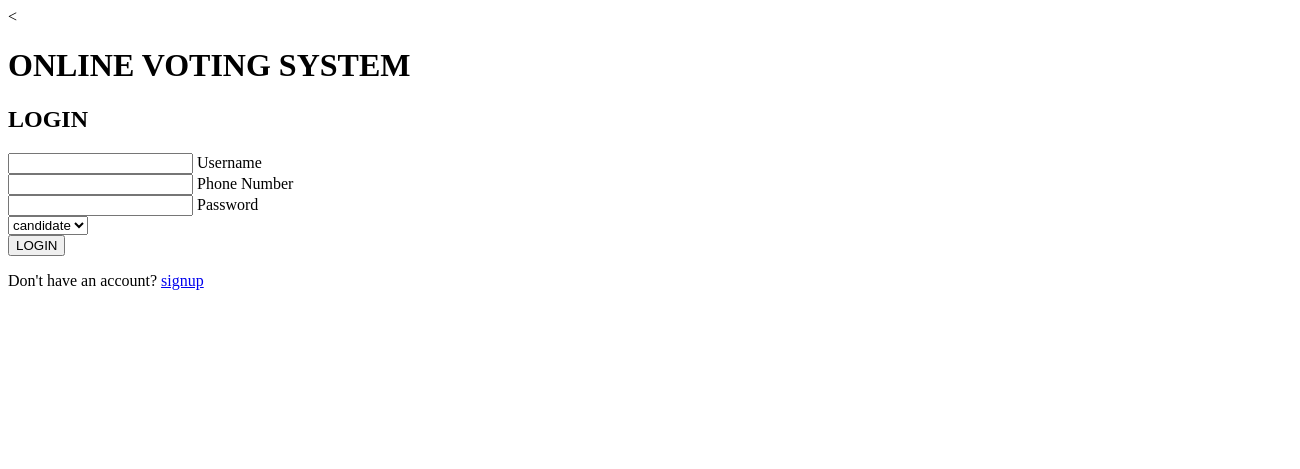
Repository: LeLoUcH-V-BrItAnIa/voting
Page: http://localhost/
An editor plug-in stored every save of this project. The page is shown before and after the next save, followed by the edit.
The browser window is 1280 px wide. The page is 1280 px wide, then 1300 px, so the pictures cover 1300 px, including what lies to the right of the window. The pictures show the whole page.
The page is run by PHP 8.4 with error messages shown; the project is at /var/www/html/.

Above is the page before, as saved 2023-08-31 11:33:27.
Not found: online-voting-system/style5.css

### online-voting-system/index.php
<<!DOCTYPE html>
<html>
    <head>
       <link rel="stylesheet" href="style5.css">
    </head>
    <body>
        <div id="container_1">

            <h1 id="title">
            ONLINE VOTING SYSTEM
          </h1><!--title-->


          </div><!---container_1--->
        <div class="box">
            <h2>LOGIN</h2>
            <form action="actions\log.php" method="post">
              <div class="inputBox">
                <input type="text" name="username" required value="" >
                <label>Username</label>
              </div>
              <div class="inputBox">
                <input type="tel" name="mobile" id="Phone" pattern="[0-9]{10}"required value="">
                <label>Phone Number</label>
              </div>
              <div class="inputBox">
                <input type="password" name="password" required value="">
                <label>Password</label>
              </div>
              <div class="inputBox">
                <!-- <input type="password" name="password" required value=""
                       onkeyup="this.setAttribute('value', this.value);"
                       pattern="{8,}"
                       title="least 8 or more characters">
                <label>Voter ID</label>-->


                <select name="group">
                  <!-- <option disabled="disabled" selected="selected">Group</option> -->
                  <option value="candidate">candidate</option>
                  <option value="voter">Voter</option>


              </select>


              </div>
              <input type="submit" name="sign-in" value="LOGIN">
              <div class="register">
                <p>Don't have an account? <a href="reg.php">signup</a></p>
              </div>
            </form>

          </div>

    </body>
</html>

### online-voting-system/css/stylesheet.css
body,html{
  margin: 0;
  height: 100%;

}
input {
  padding: 10px;
  border-radius: 5px;
}

select {
  padding: 10px;
  border-radius: 5px;
}

#upload {
  padding: 10px;
  border-radius: 5px;
  border: 2px solid black;
}

#headerSection {
  text-align: center;
  background-color: rgb(28, 35, 44);
  padding: 10px;
  width: 100%;
  font-family: Cursive;
}

#loginSection {
  padding: 5px;
}

body {
  background-color: #e9d694;
}

#loginbtn {
  padding: 5px;
  font-size: 15px;
  background-color: #3498db;
  color: white;
  border-radius: 5px;
}

#reglink {
  padding: 5px;
  font-size: 15px;
  background-color: #3498db;
  color: white;
  border-radius: 5px;
  text-decoration: none;
}

a {
  text-decoration: none;
}

#mainSection {
  padding: 10px;
}

#profileSection {
  width: 30%;
  float: left;
  background-color: white;
  padding: 20px;
}

#groupSection {
  width: 60%;
  float: right;
  background-color: white;
  padding: 20px;
}

#back-button {
  float: left;
  margin-left: 20px;
  margin-top: 20px;
  padding: 5px;
  font-size: 15px;
  background-color: #3498db;
  color: white;
  border-radius: 5px;
}

#logout-button {
  float: right;
  margin-right: 20px;
  margin-top: 20px;
  padding: 5px;
  font-size: 15px;
  background-color: #3498db;
  color: white;
  border-radius: 5px;
}

After the next save:
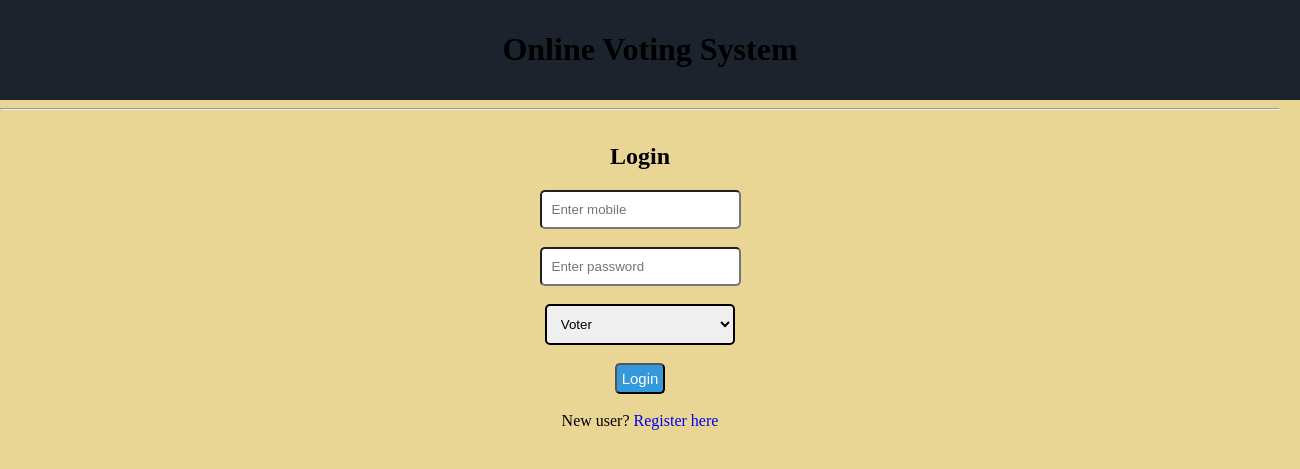
Saved 6 min 34 s later.
--- a/online-voting-system/index.php
+++ b/online-voting-system/index.php
@@ -1,57 +1,30 @@
-<<!DOCTYPE html>
 <html>
     <head>
-       <link rel="stylesheet" href="style5.css">
+        <title>Online voting system - Home</title>
+        <link rel="stylesheet" href="css/stylesheet.css">
     </head>
     <body>
-        <div id="container_1">
 
-            <h1 id="title">
-            ONLINE VOTING SYSTEM
-          </h1><!--title-->
+            <center>
+            <div id="headerSection" >
+            <h1>Online Voting System</h1>
+            </div>
+            <hr>
 
+            <div id="loginSection">
+                <h2>Login</h2>
+                <form action="api/login.php" method="POST">
+                    <input type="number" name="mob" placeholder="Enter mobile" required><br><br>
+                    <input type="password" name="pass" placeholder="Enter password" required><br><br>
+                    <select name="role" style="width: 15%; border: 2px solid black">
+                        <option value="1">Voter</option>
+                        <option value="2">Group</option>
+                    </select><br><br>
+                    <button id="loginbtn" type="submit" name="loginbtn">Login</button><br><br>
+                    New user? <a href="routes/register.php">Register here</a>
+                </form>
+            </div>
 
-          </div><!---container_1--->
-        <div class="box">
-            <h2>LOGIN</h2>
-            <form action="actions\log.php" method="post">
-              <div class="inputBox">
-                <input type="text" name="username" required value="" >
-                <label>Username</label>
-              </div>
-              <div class="inputBox">
-                <input type="tel" name="mobile" id="Phone" pattern="[0-9]{10}"required value="">
-                <label>Phone Number</label>
-              </div>
-              <div class="inputBox">
-                <input type="password" name="password" required value="">
-                <label>Password</label>
-              </div>
-              <div class="inputBox">
-                <!-- <input type="password" name="password" required value=""
-                       onkeyup="this.setAttribute('value', this.value);"
-                       pattern="{8,}"
-                       title="least 8 or more characters">
-                <label>Voter ID</label>-->
-
-
-                <select name="group">
-                  <!-- <option disabled="disabled" selected="selected">Group</option> -->
-                  <option value="candidate">candidate</option>
-                  <option value="voter">Voter</option>
-
-
-              </select>
-
-
-              </div>
-              <input type="submit" name="sign-in" value="LOGIN">
-              <div class="register">
-                <p>Don't have an account? <a href="reg.php">signup</a></p>
-              </div>
-            </form>
-
-          </div>
-
+            </center>
     </body>
 </html>
